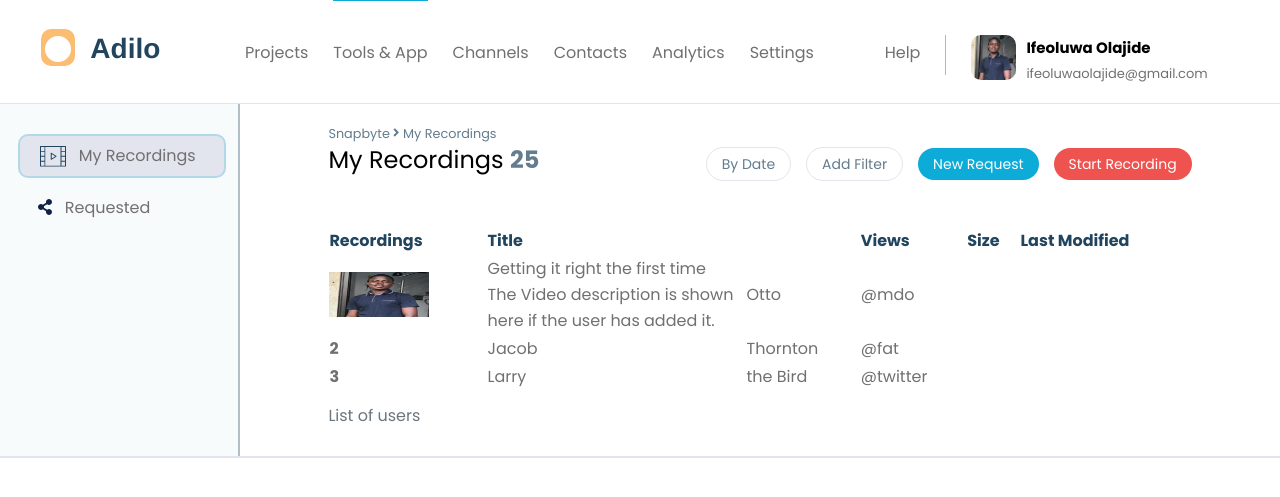
Repository: olhighjay/video_recorder
Page: /
The author's editor kept a copy of each file at every save. The page is drawn from the files as they stood at one save, then again after a run of saves.
The browser window is 1280 px wide. The pictures show the whole page.
Some web libraries are served in a nearby version. The project was rebuilt for these pictures with package versions that can differ from the ones it lists, and the page was loaded fresh each time. Also part of the build but not shown: vue.config.js.

Above is the page before, as saved 2022-07-29 06:21:31.

### public/index.html
<!DOCTYPE html>
<html lang="">
  <head>
    <meta charset="utf-8">
    <meta http-equiv="X-UA-Compatible" content="IE=edge">
    <meta name="viewport" content="width=device-width,initial-scale=1.0">
    <link rel="icon" href="<%= BASE_URL %>favicon.ico">
    <title><%= htmlWebpackPlugin.options.title %></title>
    <link rel="stylesheet" href="https://cdn.jsdelivr.net/npm/bootstrap@4.0.0/dist/css/bootstrap.min.css" integrity="sha384-Gn5384xqQ1aoWXA+058RXPxPg6fy4IWvTNh0E263XmFcJlSAwiGgFAW/dAiS6JXm" crossorigin="anonymous">
    <link rel="stylesheet" href="https://cdnjs.cloudflare.com/ajax/libs/font-awesome/5.1.0/css/all.css" integrity="sha512-ajhUYg8JAATDFejqbeN7KbF2zyPbbqz04dgOLyGcYEk/MJD3V+HJhJLKvJ2VVlqrr4PwHeGTTWxbI+8teA7snw==" crossorigin="anonymous" referrerpolicy="no-referrer" />
  </head>
  <body>
    <noscript>
      <strong>We're sorry but <%= htmlWebpackPlugin.options.title %> doesn't work properly without JavaScript enabled. Please enable it to continue.</strong>
    </noscript>
    <div id="app"></div>
    <!-- built files will be auto injected -->

    <script src="https://cdnjs.cloudflare.com/ajax/libs/font-awesome/5.1.0/js/all.js" integrity="sha512-vn7pO1RiR0IT5T9K+USTmMfkTaecOtFtCCV0JvT+j8ZPBujq6C3P5J2sHttG7D41pBPqLCih+7lIXamnFodtUw==" crossorigin="anonymous" referrerpolicy="no-referrer"></script>
    <script src="https://code.jquery.com/jquery-3.2.1.slim.min.js" integrity="sha384-KJ3o2DKtIkvYIK3UENzmM7KCkRr/rE9/Qpg6aAZGJwFDMVNA/GpGFF93hXpG5KkN" crossorigin="anonymous"></script>
<script src="https://cdn.jsdelivr.net/npm/popper.js@1.12.9/dist/umd/popper.min.js" integrity="sha384-ApNbgh9B+Y1QKtv3Rn7W3mgPxhU9K/ScQsAP7hUibX39j7fakFPskvXusvfa0b4Q" crossorigin="anonymous"></script>
<script src="https://cdn.jsdelivr.net/npm/bootstrap@4.0.0/dist/js/bootstrap.min.js" integrity="sha384-JZR6Spejh4U02d8jOt6vLEHfe/JQGiRRSQQxSfFWpi1MquVdAyjUar5+76PVCmYl" crossorigin="anonymous"></script>
  </body>
</html>

### src/App.vue
<template>
  <!-- <img alt="Vue logo" src="./assets/logo.png"> -->
  <div>
    <navbar></navbar>
    <div id="main-flex">
      <div class="my-sidebar">
        <ul class="my-sidebar-items">
            <li class="sidebar-item-active"> <img src="./assets/video-player.png" alt=""> &nbsp; My Recordings</li>
            <li> <i class="fa fa-share-alt" style="color:#102346"></i> &nbsp; Requested</li>
        </ul>
      </div>
        <div class="my-main">
          <div class="my-main-container">
            <div><small class="breadcrumbs">Snapbyte <i class="fa fa-angle-right" style="font-weight:200"></i> My Recordings</small></div>
            <div class="subheading-tab">
              <div> <span class="my-recordings">My Recordings </span><span class="my-recordings-count">25</span> </div>
              <div>
                <button class="sub-heading-btn white-btn">By Date</button>
                <button class="sub-heading-btn white-btn">Add Filter</button>
                <button class="sub-heading-btn blue-btn">New Request</button>
                <button class="sub-heading-btn red-btn">Start Recording</button>
              </div>
            </div>
            <!-- <div style="border: 1px dashed #A3BAC6; margin-top:30px;
              border-radius: 38px;
              opacity: 1; padding-top:105.9px; padding-bottom:68.5px">
              <p style="color: #000; font-size: 22px; text-align:center; font-weight:medium; margin-top:56px">Say hello to the world!</p>
              <p style="color: #637C8E; font-size: 14px; text-align:center;">Record your first video/audio and share it what your team, friends, <br />followers and customers.</p>
              <div class="text-center">
                <button class="sub-heading-btn red-btn">Start Recording</button>
                <button class="sub-heading-btn blue-btn">New Request</button>
              </div>
            </div>
            <div class="footer" style="margin-top:42px; margin-bottom: 140px">
              <div>

              </div>
              <div>
                <p style="font-size: 26px; color:#21455E">Want more controls & better <br />quality recording?</p>
                <button class="sub-heading-btn blue-btn">Download the desktop recorder</button>
              </div>
            </div> -->
            <div class="table-responsive-xl" style="margin-top:46.1px">
              <table class="">
  <caption>List of users</caption>
  <thead>
    <tr >
      <th scope="col" style="color:#21455E">Recordings</th>
      <th scope="col" style="color:#21455E" colspan="2">Title</th>
      <th scope="col" style="color:#21455E">Views</th>
      <th scope="col" style="color:#21455E">Size</th>
      <th scope="col" style="color:#21455E">Last Modified</th>
    </tr>
  </thead>
  <tbody>
    <tr>
      <td>
        <img alt="Profile Image" src="./assets/profile.jpg" style="width:100px; height:45px; border:10px">
      </td>
      <td style="width:30%">
        <span>Getting it right the first time </span> <br />
        <span>The Video description is shown here if the user has added it. </span>
      </td>
      <td>Otto</td>
      <td>@mdo</td>
    </tr>
    <tr>
      <th scope="row">2</th>
      <td>Jacob</td>
      <td>Thornton</td>
      <td>@fat</td>
    </tr>
    <tr>
      <th scope="row">3</th>
      <td>Larry</td>
      <td>the Bird</td>
      <td>@twitter</td>
    </tr>
  </tbody>
</table>
            </div>
          </div>
        </div>
    </div>
  </div>
</template>

<script>
// import HelloWorld from './components/HelloWorld.vue'
import Navbar from './layouts/Navbar.vue'

export default {
  name: 'App',
  components: {
    Navbar
  }
}
</script>


<style>
 @import url('https://fonts.googleapis.com/css2?family=Poppins:wght@400;500;700&display=swap');

#main-flex {
  display: flex;
  width: 100%;
}

.my-sidebar {
  flex: 0 0 240px;
  /* width: 20%; */
  /* height: 100%; */
  background-color: #ebf2f656;
  border-right: 2px solid #21455e54;
  /* border-right: 2px solid #21455E; */
  /* width:250px; */
}
.my-sidebar-items {
  list-style: none;
  padding: 20px 0;
}
.my-sidebar-items>li {
  margin : 10px 12px 10px 18px;
  padding: 7px 20px ;
}
.sidebar-item-active {
  background-color: #E2E5ED;
  border: 2px solid #0DABD838;
  border-radius: 10px;
}





.my-main {
  flex: 1;
  flex-wrap: wrap;
}
.my-main-container {
  padding: 1.5% 8.5%;
}
.subheading-tab {
  display: flex;
  justify-content: space-between;
}
.sub-heading-btn {
  padding: 3px 15px;
  border-radius: 20px;
  margin-left: 15px;
  font-size: 14px;
}
.white-btn {
  border: 1px solid #E2E5ED;
  background-color: white;
  color: #637C8E;
}
.blue-btn {
  border: none;
  background-color: #0DABD8;
  color: #fff;
}
.red-btn {
  border: none;
  background-color: #EF5350;
  color: #fff;
}
.my-recordings, .my-recordings-count {
  font-size: 24px;
  color: #000
}
.my-recordings {
  color: #000
}
.my-recordings-count {
  color: #637C8E;
  font-weight: 600;
}
.breadcrumbs {
  color:#637C8E;
}



#app {
  font-family: Avenir, Helvetica, Arial, sans-serif;
  font: normal normal normal 14px/26px Poppins;
  -webkit-font-smoothing: antialiased;
  -moz-osx-font-smoothing: grayscale;
   /* text-align: center; */
   font-size: 16px;
  color: #707070;
  border-bottom: solid 2px #E2E5ED;
  overflow: hidden;
  /* margin-top: 60px;  */
}


</style>

### src/layouts/Navbar.vue
<template>
    <nav class="">
      <div class="nav-logo-area">
        <div class="nav-logo-area-inner">
          <div class="white-logo-wrap">
            <span class="white-logo-bkg">
            <img alt="Adilo logo" src="../assets/swarm.png">
            </span>
          </div>
          <div class="adilo">Adilo</div>
        </div>
      </div>
      <div class="nav-tab">
        <ul class="my-nav-list">
          <li><a>Projects</a></li>
          <li class="active-nav-item"> <a>Tools & App</a></li>
          <li><a>Channels</a></li>
          <li><a>Contacts</a></li>
          <li><a>Analytics</a></li>
          <li><a>Settings</a></li>
        </ul>
      </div>
      <div class="nav-profile">
        <ul class="my-nav-list">
          <li><a>Help</a></li>
        </ul>
        <div class="profile-info">
          <div class="profile-border"></div>
          <div >
            <img alt="Profile Image" src="../assets/profile.jpg" class="profile-img">
          </div>
          <div style="margin-left:10px">
            <span class="profile-name">Ifeoluwa Olajide </span>
            <p class="profile-email">ifeoluwaolajide@gmail.com</p>
          </div>
        </div>
      </div>
    </nav>
</template>
<script>
export default {
    name: 'NavbarComponent'
}
</script>
<style>
     nav {
    display: flex;
    /* height: 69px; */
    padding: 0 0.032%;
    border-bottom: solid 1px #E2E5ED;
  }

  .nav-logo-area {
    flex: 0 0 16%;
    padding-left: 3.2%;
    padding-top: 19px;
    padding-bottom: 27px;
  }
  .nav-logo-area-inner {
    display: flex;
  }
  .nav-tab {
    flex: 0 0 50%;
  }
  .nav-profile {
    flex: 0 0 34%;
    display: flex;
  }
  .my-nav-list {
    list-style: none;
    padding-top: 40px;
  }
  .my-nav-list>li {
    display: inline;
    margin-right: 25px;
    padding-top: 40px;
  }
  .my-nav-list>li>a {
    text-align: left;
    /* font: normal normal normal 18px/27px Poppins; */
    letter-spacing: 0px;
    color: #707070;
    opacity: 1
  }
  .white-logo-wrap {
    padding-top:16px;
  }
  .white-logo-bkg {
    background-color:#FBBD71;
    padding:7px 4px;
    border-radius:10px;
  }
  .adilo {
    font: normal normal bold 28px/32px Helvetica;
    font-size:28px;
    margin-left:15px;
    font-weight:bold;
    color:#21455E;
    padding-top:14px;
  }
  .profile-info {
    padding-top:35px;
    display:flex;
  }
  .active-nav-item {
    border-top: 6px solid #0DABD8;
  }
  .profile-border {
    border-left: 1px solid #A3BAC6;
    padding-left:25px;
    height:40px;
  }
  .profile-img {
    width:45px; height: 45px;
    border-radius:10px;
  }
  .profile-name {
    font-weight:bold;
    font-size:15px;
    color:black;
  }
  .profile-email {
    font-size:13px;
  }
</style>

Loaded but not shown: src/main.js (common file)

After the next 2 saves:
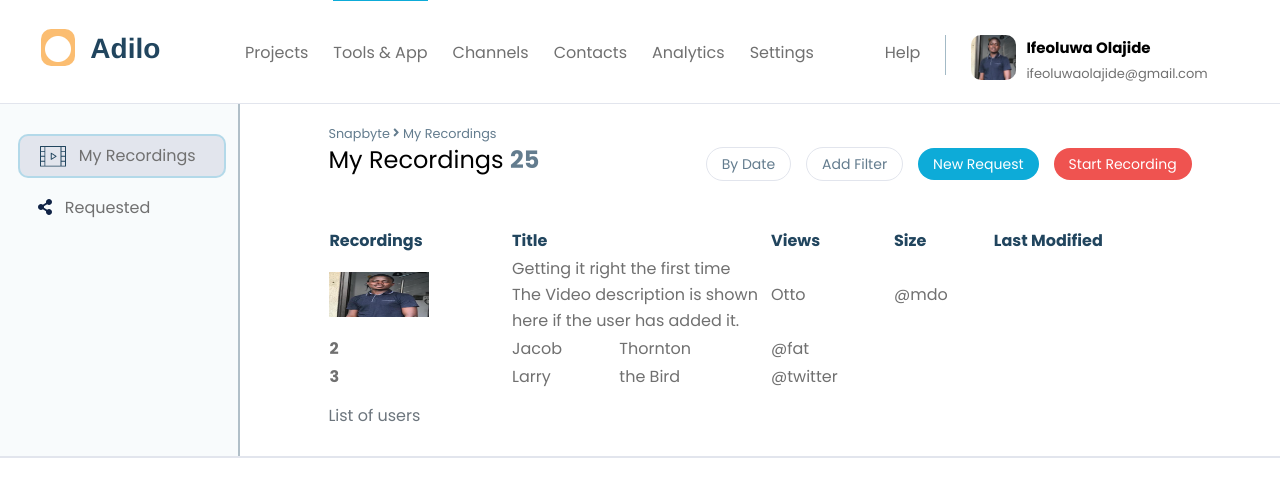
The 2 saves are shown as one change because 1 did not build or start.
The last was saved 65 s later.
--- a/src/App.vue
+++ b/src/App.vue
@@ -57,7 +57,7 @@
       <td>
         <img alt="Profile Image" src="./assets/profile.jpg" style="width:100px; height:45px; border:10px">
       </td>
-      <td style="width:30%">
+      <td style="width:30%" colspan="2">
         <span>Getting it right the first time </span> <br />
         <span>The Video description is shown here if the user has added it. </span>
       </td>

After the save that followed:
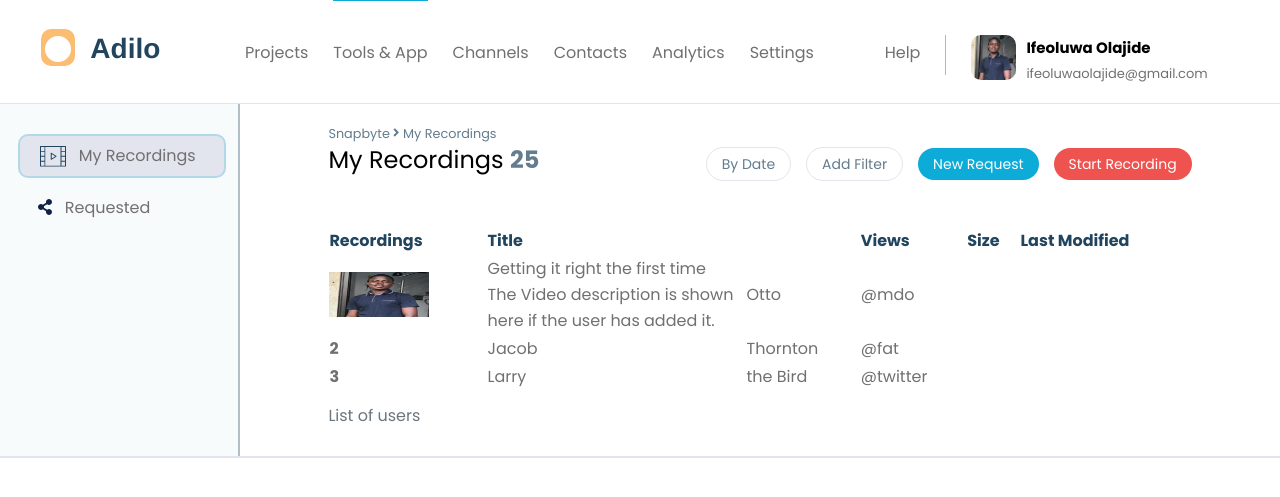
Saved 17 s later.
--- a/src/App.vue
+++ b/src/App.vue
@@ -57,7 +57,7 @@
       <td>
         <img alt="Profile Image" src="./assets/profile.jpg" style="width:100px; height:45px; border:10px">
       </td>
-      <td style="width:30%" colspan="2">
+      <td style="width:30%" >
         <span>Getting it right the first time </span> <br />
         <span>The Video description is shown here if the user has added it. </span>
       </td>
